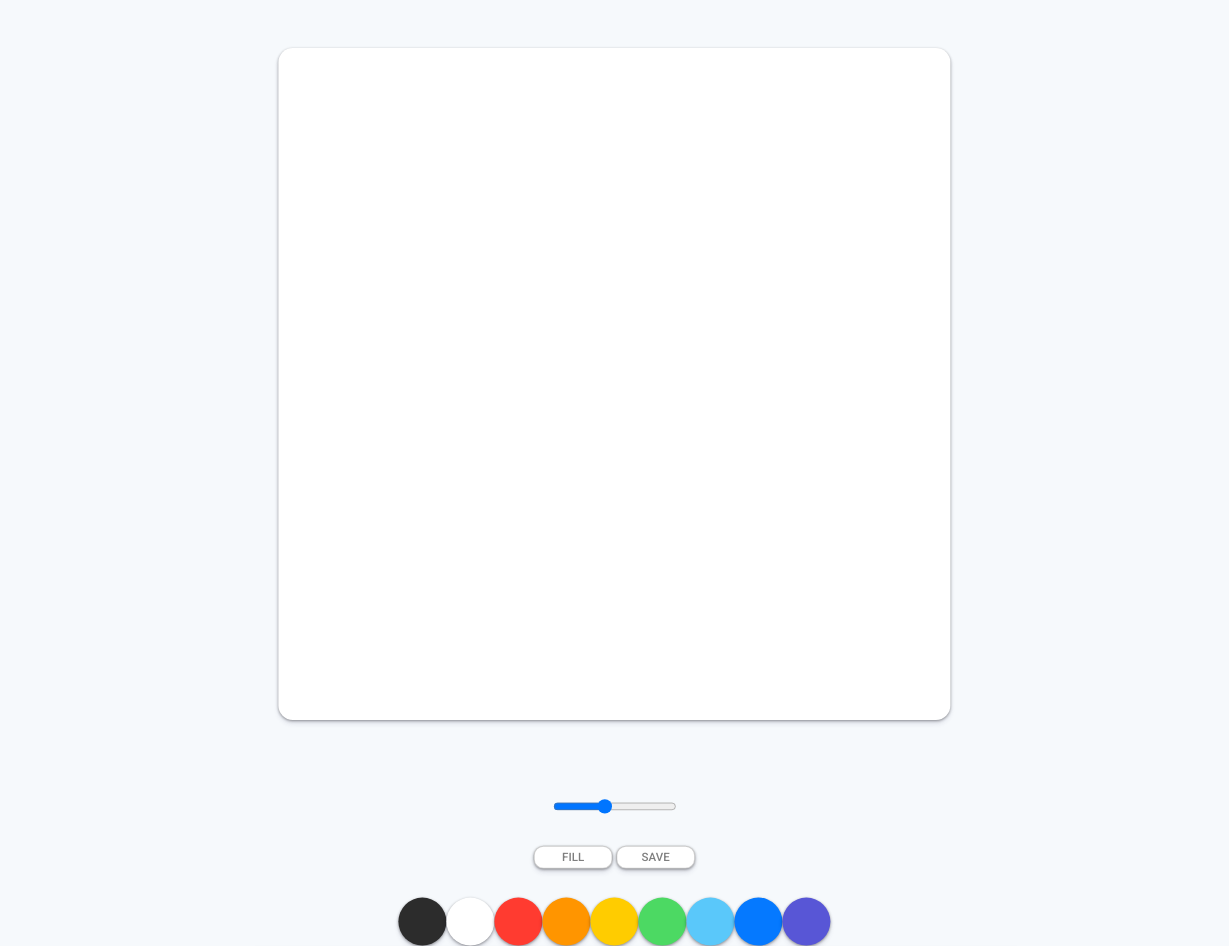
Repository: haleyjung/paintjs
Page: index.html
An editor plug-in stored every save of this project. The page is shown before and after the next save, followed by the edit.
The browser window is 1280 px wide. The pictures show the whole page, at 96% of full size.

Above is the page before, as saved 2020-11-24 23:02:22.

### index.html
<!DOCTYPE html>
<html lang="en">
<head>
    <meta charset="UTF-8">
    <meta name="viewport" content="width=device-width, initial-scale=1.0">
    <link rel="stylesheet" href="style.css" />
    <title>PaintJS</title>
</head>
<body>

    <canvas id="jsCanvas" class="canvas"></canvas>

    <div class="controls">
        <!-- Range Input -->
        <div class="controls__range">
            <input
            type="range"
            id="jsRange"
            min="0.1"
            max="5"
            value="2.5"
            steps="0.1"
            />
        </div>

        <!-- Buttons -->
        <div class="controls__btns">
            <button id="jsMode">Fill</button>
            <button id="jsSave">Save</button>
        </div>

        <!-- Paint -->
        <div class="controls__colors" id="jsColors">
            <div class="controls__color" style="background-color:#2c2c2c"></div>
            <div class="controls__color" style="background-color:white"></div>
            <div class="controls__color" style="background-color:#ff3b30"></div>
            <div class="controls__color" style="background-color:#ff9500"></div>
            <div class="controls__color" style="background-color:#ffcc00"></div>
            <div class="controls__color" style="background-color:#4cd963"></div>
            <div class="controls__color" style="background-color:#5ac8fa"></div>
            <div class="controls__color" style="background-color:#0579ff"></div>
            <div class="controls__color" style="background-color:#5856d6"></div>
        </div>

    </div>

    <script src="app.js"></script>
</body>
</html>

### style.css
@import "reset.css";
@import url("https://fonts.googleapis.com/css2?family=Roboto:wght@300;400;500;700&display=swap");

body {
  background-color: #f6f9fc;
  font-family: "Roboto", sans-serif;
  display: flex;
  flex-direction: column;
  align-items: center;
  padding-top: 50px;
}

.canvas {
  width: 700px;
  height: 700px;
  background-color: white;
  border-radius: 15px;
  box-shadow: 0 4px 6px rgba(50, 50, 93, 0.11), 0 1px 3px rgba(0, 0, 0, 0.4);
}

.controls {
  margin-top: 80px;
  display: flex;
  flex-direction: column;
  align-items: center;
}

.controls .controls__btns {
  margin-bottom: 30px;
}

.controls__btns button {
  all: unset;
  cursor: pointer;
  background-color: white;
  padding: 5px 0px;
  width: 80px;
  text-align: center;
  border-radius: 10px;
  border: 1px solid rgba(0, 0, 0, 0.2);
  color: rgba(0, 0, 0, 0.5);
  box-shadow: 0 4px 6px rgba(50, 50, 93, 0.11), 0 1px 3px rgba(0, 0, 0, 0.4);
  text-transform: uppercase;
  font-weight: 500;
  font-size: 12px;
}

.controls__btns button:active {
  transform: scale(0.98);
}

.controls .controls__colors {
  display: flex;
}

.controls__colors .controls__color {
  width: 50px;
  height: 50px;
  border-radius: 50%;
  cursor: pointer;
  box-shadow: 0 4px 6px rgba(50, 50, 93, 0.11), 0 1px 3px rgba(0, 0, 0, 0.4);
}

.controls__range {
  margin-bottom: 30px;
}

Loaded but not shown: reset.css (common file); app.js (no copy from this time; the picture is the same without it)

After the next save:
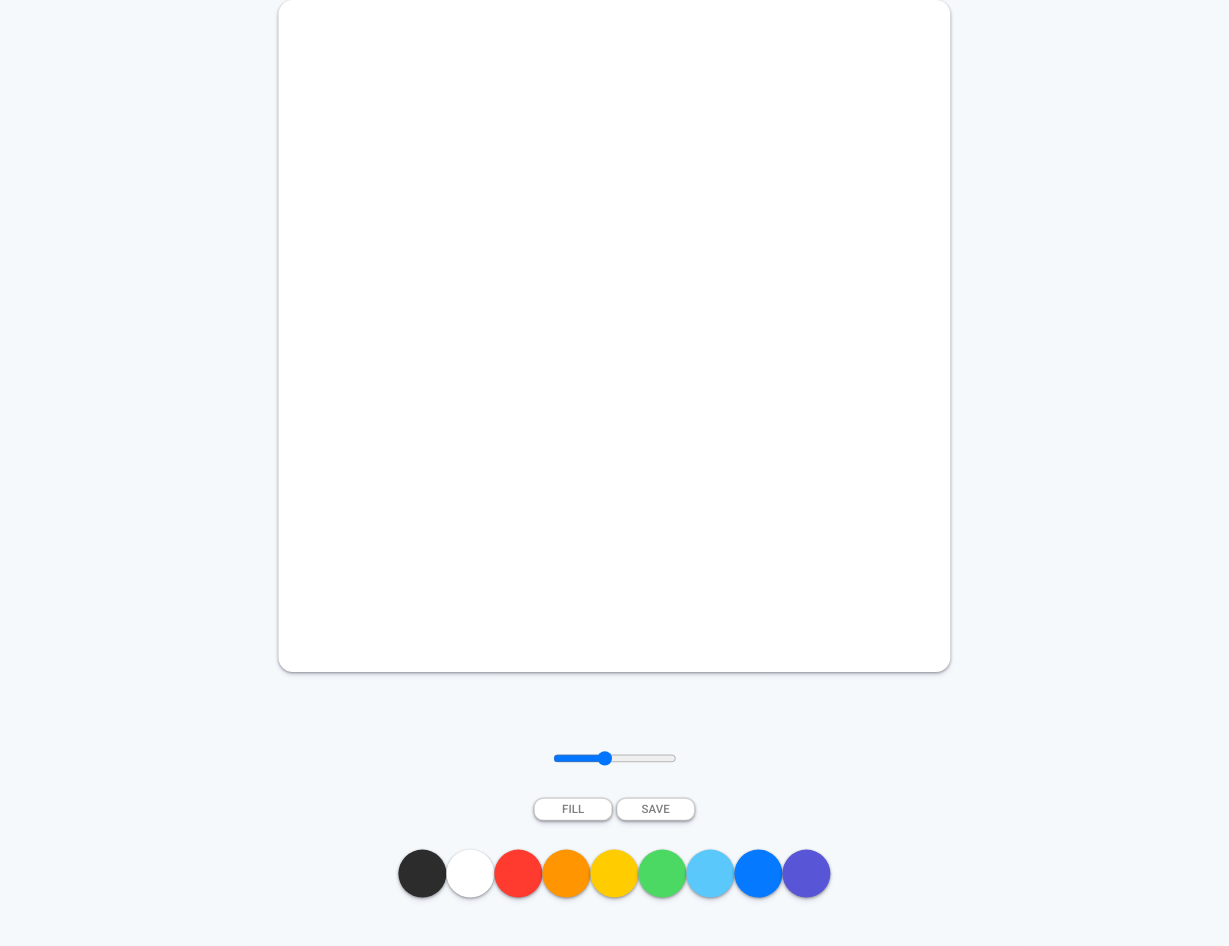
Saved 23 s later.
--- a/style.css
+++ b/style.css
@@ -7,7 +7,7 @@ body {
   display: flex;
   flex-direction: column;
   align-items: center;
-  padding-top: 50px;
+  padding-bottom: 50px;
 }
 
 .canvas {
